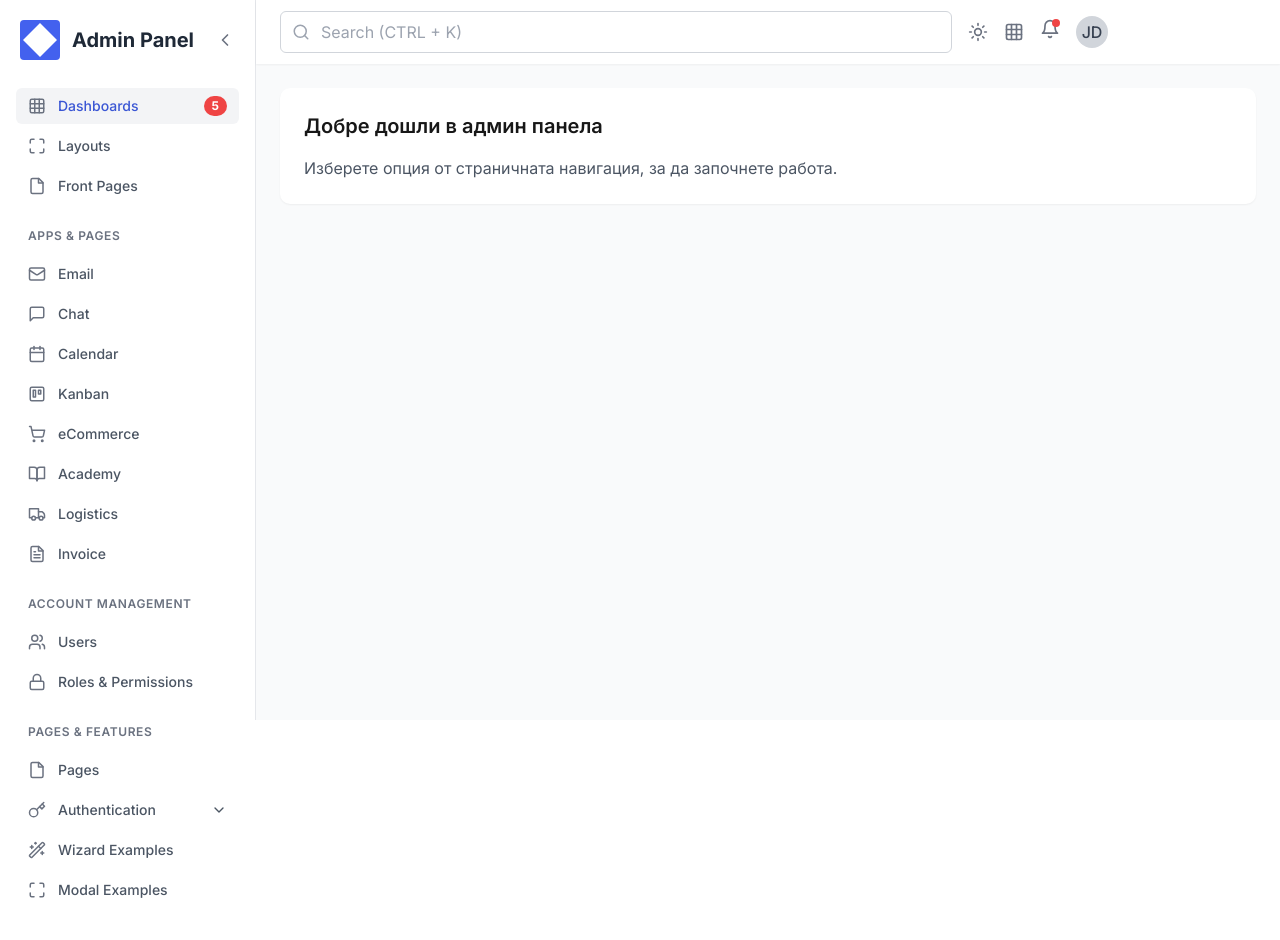
Repository: StoyanStoyanov1/DHS-Team
Page: / (app in dhs-admin-panel/)
These files come from the project's save history. The page is drawn as it stood at one moment and after the next save; the edit follows.
The browser window is 1280 px wide. The pictures show the whole page.
The project was rebuilt for these pictures with package versions that can differ from the ones it lists, and the page was loaded fresh each time. The framework's server and built-in components were replaced by stand-ins that run in the browser. Also part of the build but not shown: dhs-admin-panel/next.config.ts.

Above is the page before, as saved 2025-04-23 08:44:29.

After the next save:
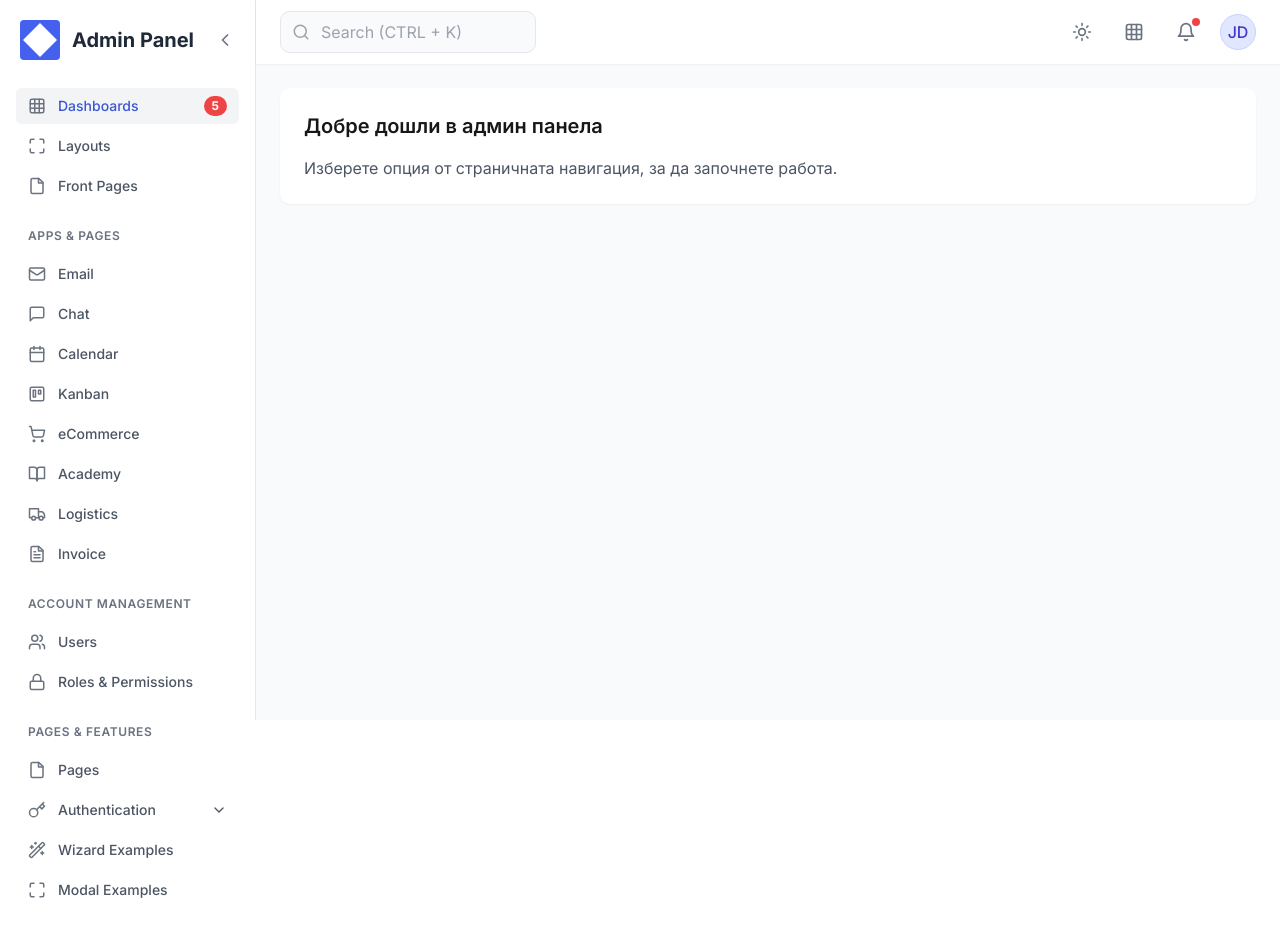
Saved 88 s later.
--- a/dhs-admin-panel/src/app/components/Header.tsx
+++ b/dhs-admin-panel/src/app/components/Header.tsx
@@ -1,28 +1,42 @@
 'use client';
 
 import React from 'react';
-import { Sun, Grid, Bell } from 'lucide-react';
-import SearchBar from './SearchBar';
+import { Sun, Grid, Bell, Search } from 'lucide-react';
+import Link from 'next/link';
 
 const Header: React.FC = () => {
     return (
         <header className="bg-white shadow-sm h-16 flex items-center px-6">
-            <div className="max-w-7xl mx-auto w-full flex items-center">
-                <SearchBar />
-                <div className="flex items-center space-x-4 ml-4">
-                    <button className="text-gray-500 hover:text-gray-700">
+            <div className="max-w-7xl mx-auto w-full flex items-center justify-between">
+                <div className="flex items-center">
+                    <div className="relative mr-4">
+                        <div className="relative flex items-center">
+                            <div className="absolute inset-y-0 left-0 pl-3 flex items-center pointer-events-none">
+                                <Search size={18} className="text-gray-400" />
+                            </div>
+                            <input
+                                type="text"
+                                placeholder="Search (CTRL + K)"
+                                className="w-64 pl-10 pr-4 py-2 border border-gray-200 bg-gray-50 rounded-lg focus:outline-none focus:ring-1 focus:ring-blue-500 focus:border-blue-500"
+                            />
+                        </div>
+                    </div>
+                </div>
+
+                <div className="flex items-center space-x-4">
+                    <button className="text-gray-500 hover:text-gray-700 relative w-9 h-9 flex items-center justify-center rounded-full hover:bg-gray-100">
                         <Sun size={20} />
                     </button>
-                    <button className="text-gray-500 hover:text-gray-700">
+                    <button className="text-gray-500 hover:text-gray-700 relative w-9 h-9 flex items-center justify-center rounded-full hover:bg-gray-100">
                         <Grid size={20} />
                     </button>
                     <div className="relative">
-                        <button className="text-gray-500 hover:text-gray-700">
+                        <button className="text-gray-500 hover:text-gray-700 relative w-9 h-9 flex items-center justify-center rounded-full hover:bg-gray-100">
                             <Bell size={20} />
                         </button>
-                        <div className="absolute top-0 right-0 w-2 h-2 bg-red-500 rounded-full"></div>
+                        <div className="absolute top-1 right-1 w-2 h-2 bg-red-500 rounded-full"></div>
                     </div>
-                    <div className="w-8 h-8 rounded-full bg-gray-300 flex items-center justify-center text-gray-700 font-medium">
+                    <div className="w-9 h-9 rounded-full bg-indigo-100 flex items-center justify-center text-indigo-700 font-medium border border-indigo-200">
                         JD
                     </div>
                 </div>
